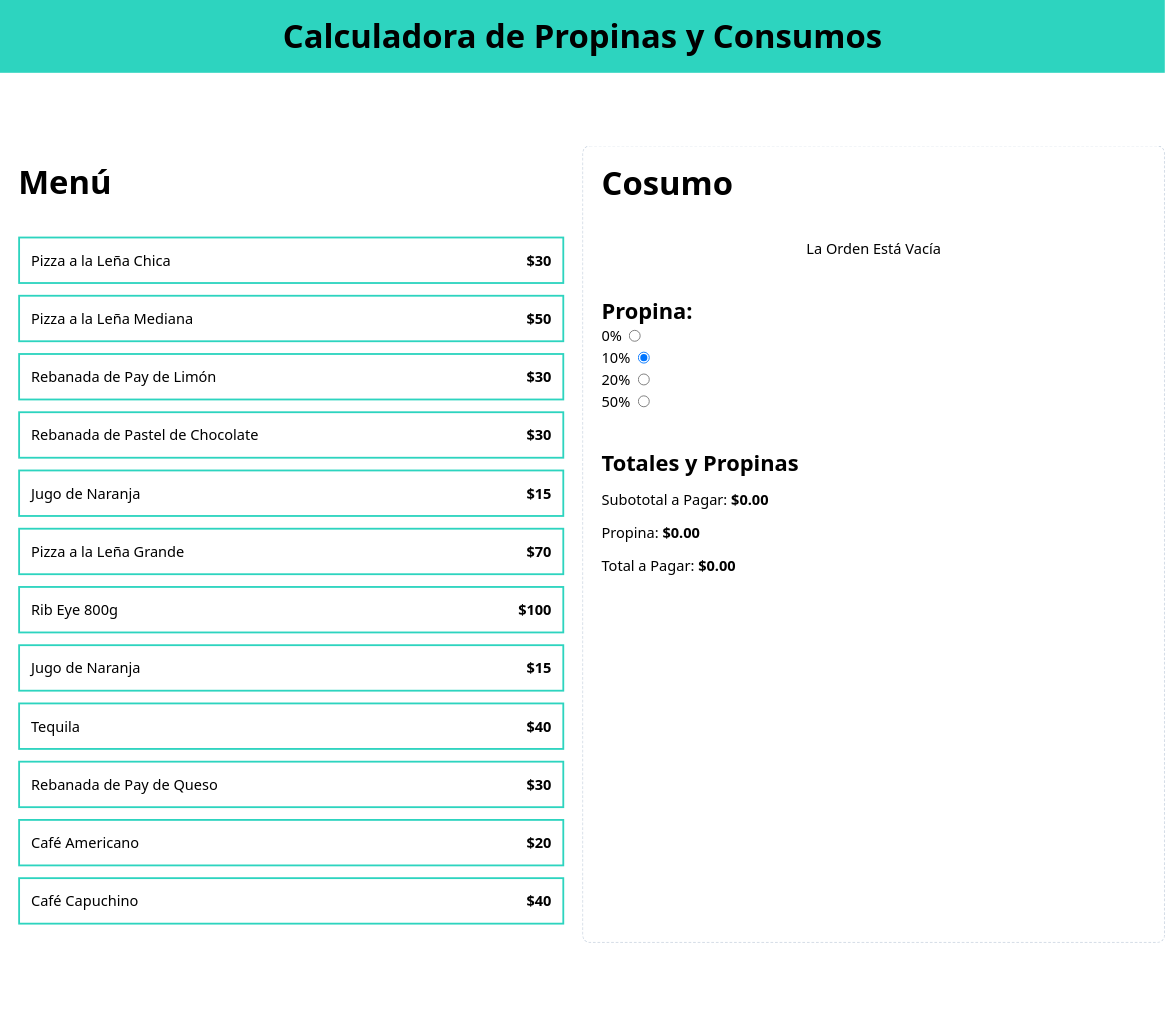
Repository: Matiiu/tip-calculator
Page: /
The author's editor kept a copy of each file at every save. The page is drawn from the files as they stood at one save, then again after the next save.
The browser window is 1280 px wide. The pictures show the whole page, at 91% of full size.
The project was rebuilt for these pictures with package versions that can differ from the ones it lists, and the page was loaded fresh each time. Also part of the build but not shown: vite.config.ts. Imported but missing from the stored project, and not drawn on this page: .history/src/helpers/index_20240329155241.

Above is the page before, as saved 2024-03-30 14:37:43.

After the next save:
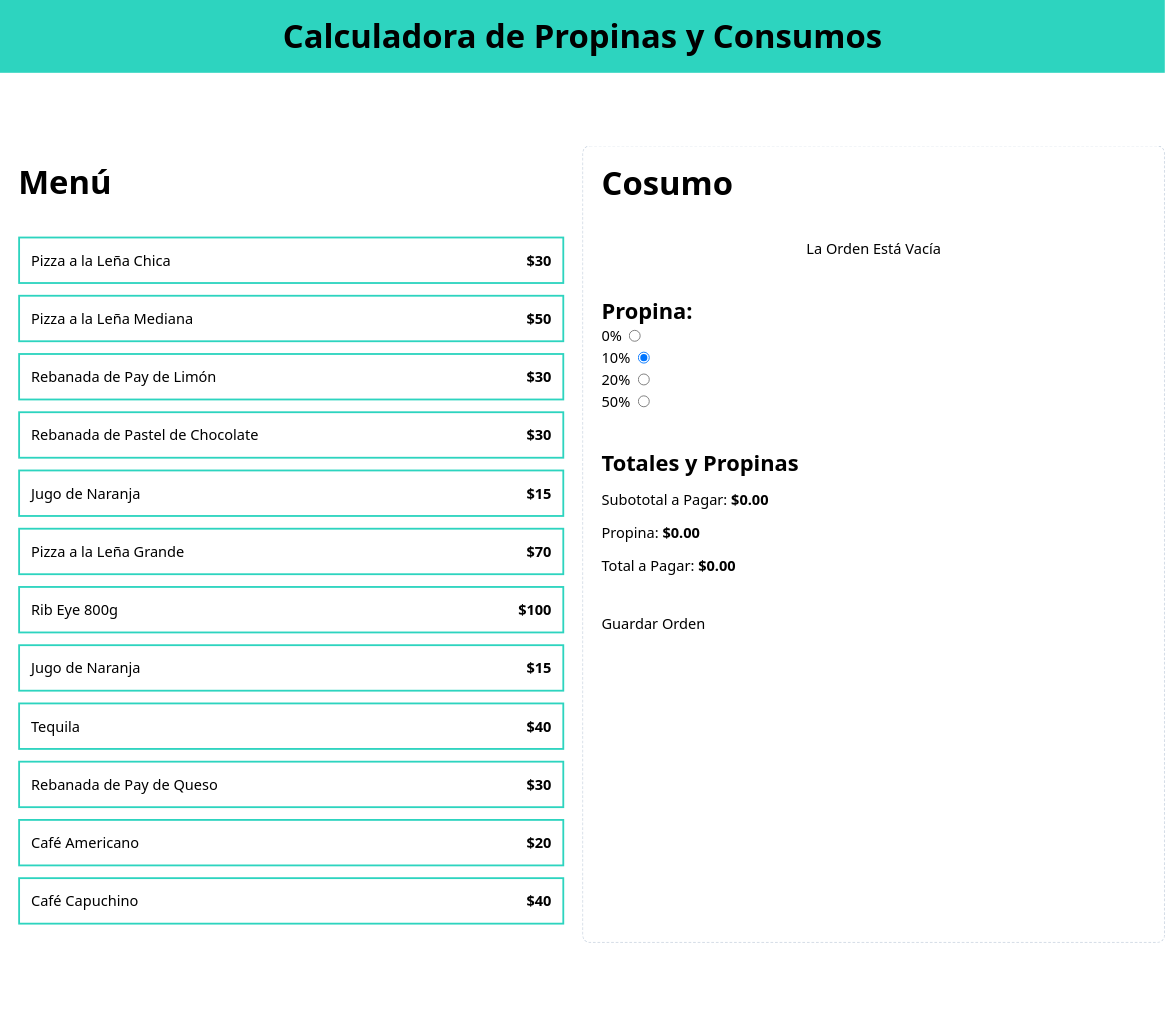
Saved 3 min 16 s later.
--- a/src/components/OrderTotal.tsx
+++ b/src/components/OrderTotal.tsx
@@ -28,7 +28,9 @@
         </p>
       </div>
 
-      <button></button>
+      <button className="">
+        Guardar Orden
+      </button>
     </>
   );
 }
